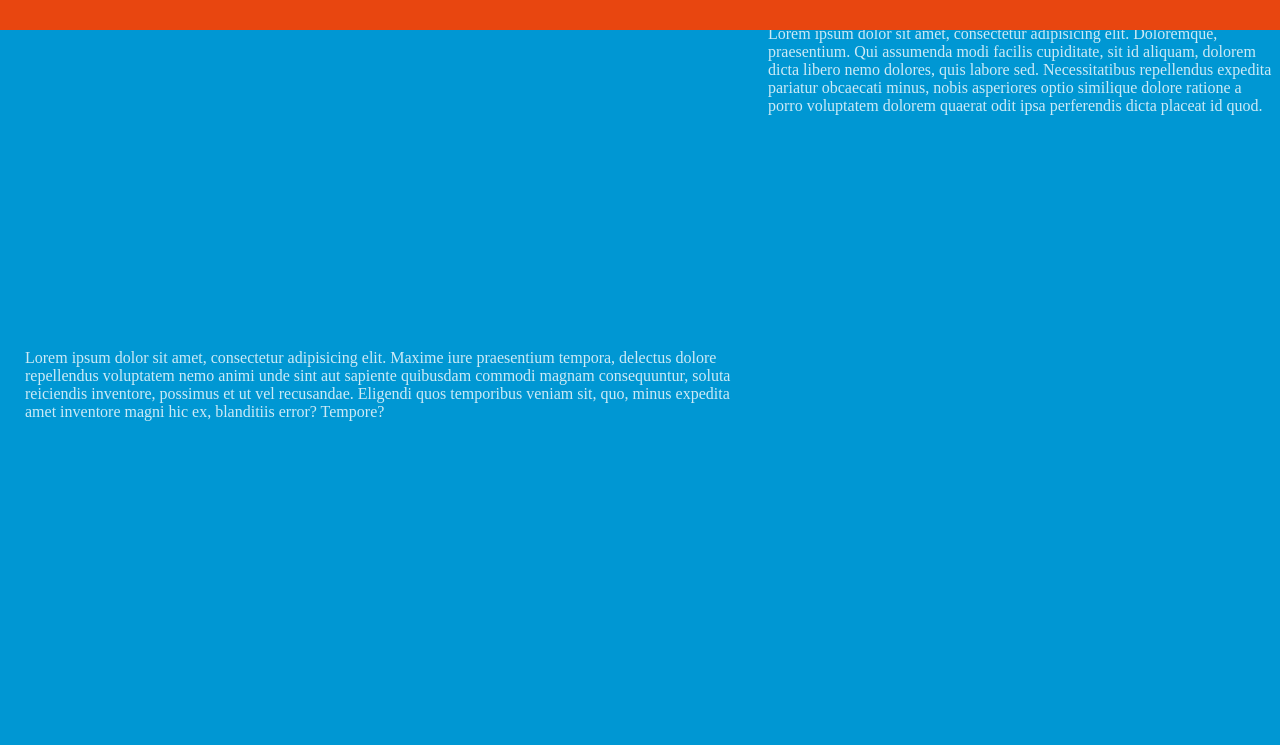
Repository: jdtiding/Responsive_Design
Page: index.html
The author's editor kept a record of every edit. The page is drawn from the files as they stood at one moment, then again after the next edit.
The browser window is 1280 px wide. The pictures show the whole page.

Above is the page before.

After the next edit:
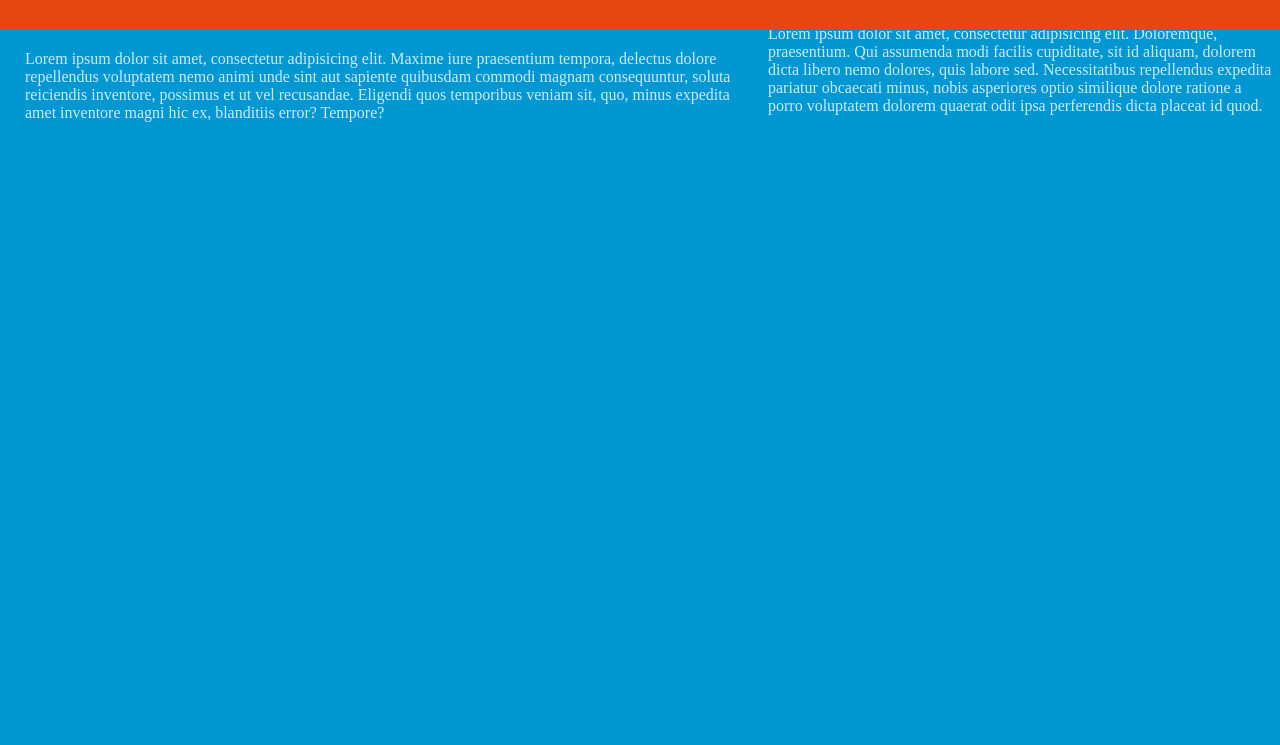
The edit:
--- a/index.css
+++ b/index.css
@@ -22,7 +22,7 @@
     height: 100%;
 }
 
-.article, .aside {
+.vcenter {
     position: relative;
     top: 50%;
     transform: translateY(-50%);
